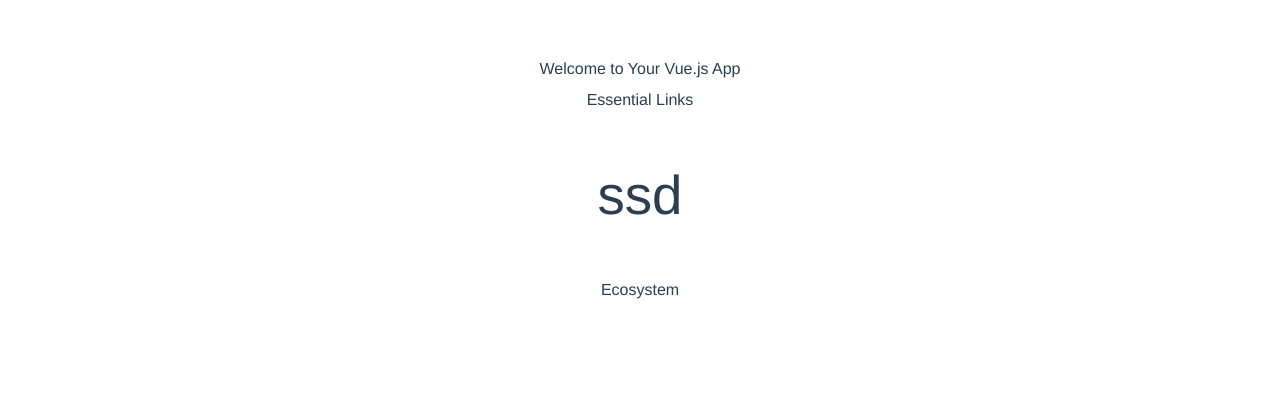
Repository: rechard-work/h5-app-communication
Page: /
The author's editor kept a copy of each file at every save. The page is drawn from the files as they stood at one save, then again after the next save.
The browser window is 1280 px wide. The pictures show the whole page.
The project was rebuilt for these pictures with package versions that can differ from the ones it lists, and the page was loaded fresh each time.

Above is the page before, as saved 2020-07-10 17:31:55.

After the next save:
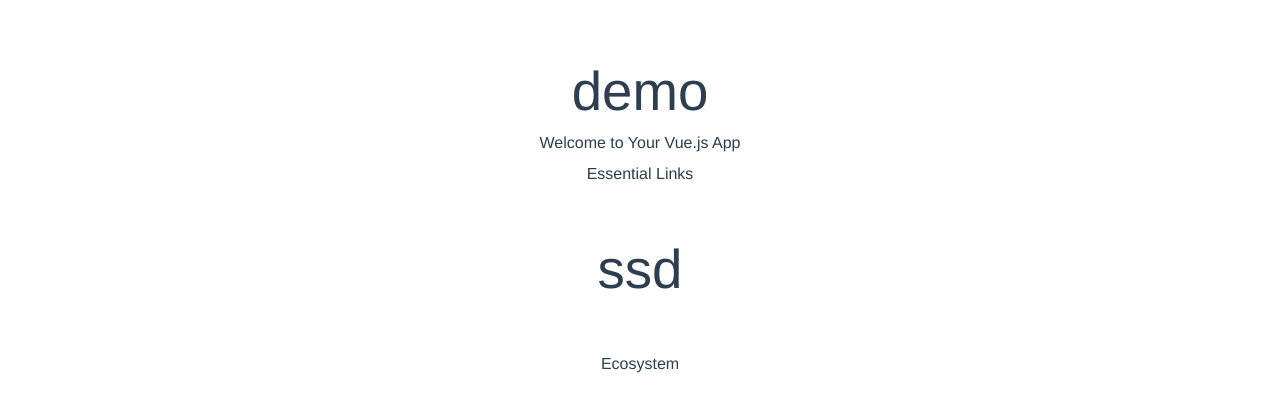
Saved 2 min 48 s later.
--- a/src/components/HelloWorld.vue
+++ b/src/components/HelloWorld.vue
@@ -1,5 +1,13 @@
 <template>
   <div class="hello">
+    <van-nav-bar>
+    <div class="left-item" slot="left" v-show="showBack">
+      <i class="icon-back"/>
+    </div>
+    <div name="title" class="title" slot="title">
+      <span>{{title}}</span>
+    </div>
+  </van-nav-bar>
     <h1>{{ msg }}</h1>
     <h2>Essential Links</h2>
     <ul>
@@ -14,6 +22,7 @@
   name: 'HelloWorld',
   data () {
     return {
+      title: 'demo',
       msg: 'Welcome to Your Vue.js App'
     }
   },
